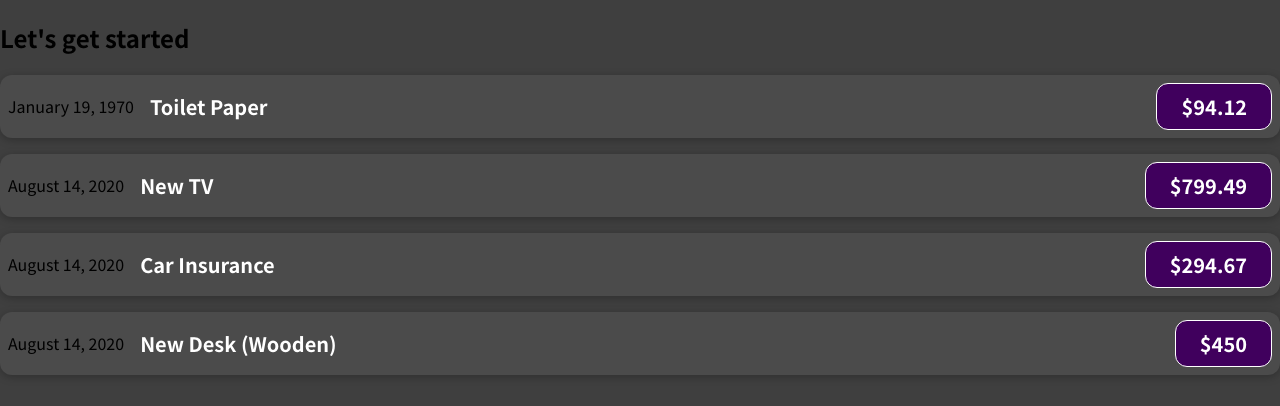
Repository: runner855/expense-tracker
Page: /
The author's editor kept a copy of each file at every save. The page is drawn from the files as they stood at one save, then again after the next save.
The browser window is 1280 px wide. The pictures show the whole page.
The project was rebuilt for these pictures with package versions that can differ from the ones it lists, and the page was loaded fresh each time.

Above is the page before, as saved 2022-09-02 15:01:24.

After the next save:
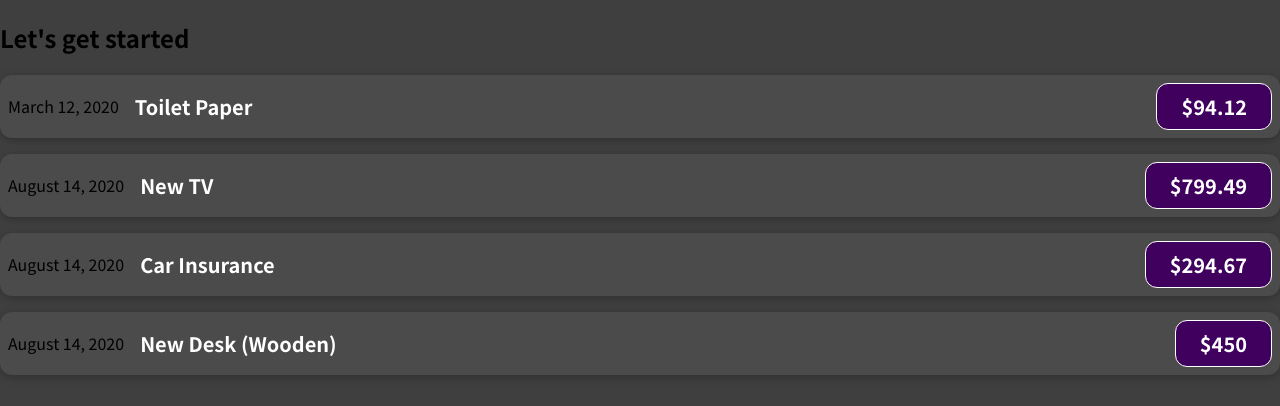
Saved 22 s later.
--- a/src/data/expenses.json
+++ b/src/data/expenses.json
@@ -4,7 +4,7 @@
       "id": "e1",
       "title": "Toilet Paper",
       "amount": 94.12,
-      "date": 1584016017
+      "date": 1584016017000
     },
     {
       "id": "e2",
